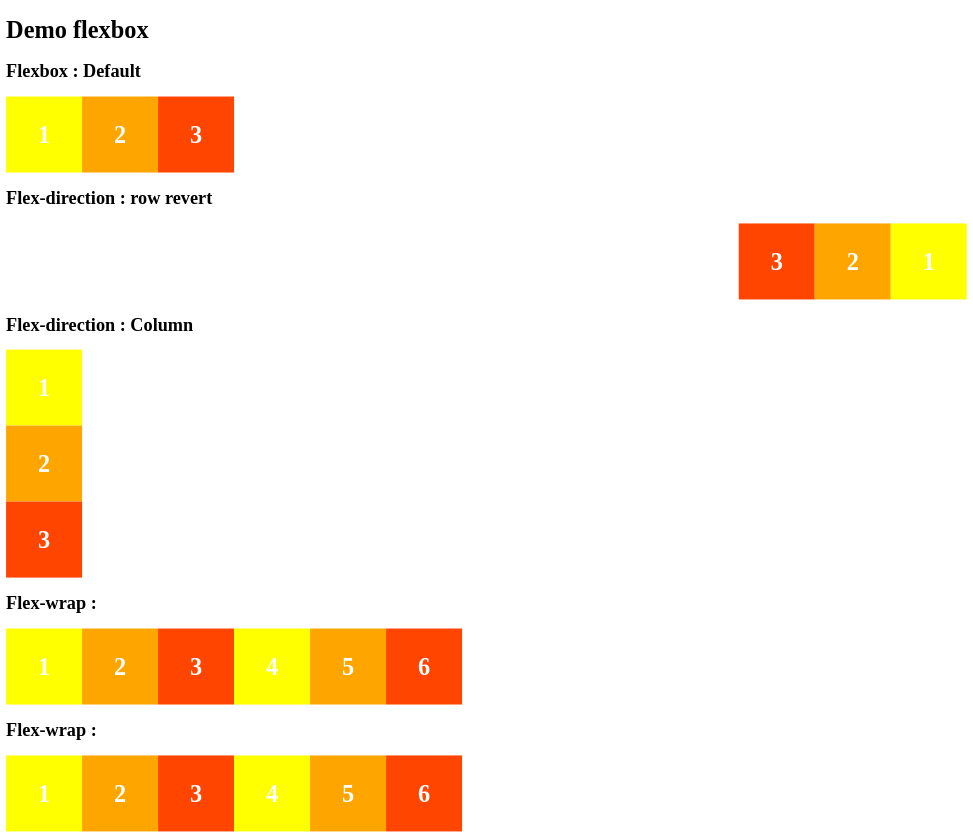
Repository: cvTuananh/Wed-famework
Page: Lab04/lab04/demo06.html
An editor plug-in stored every save of this project. The page is shown before and after the next save, followed by the edit.
The browser window is 1280 px wide. The pictures show the whole page, at 76% of full size.

Above is the page before, as saved 2021-09-28 20:43:09.

### Lab04/lab04/demo06.html
<!DOCTYPE html>
<html lang="en">
<head>
    <meta charset="UTF-8">
    <meta http-equiv="X-UA-Compatible" content="IE=edge">
    <meta name="viewport" content="width=device-width, initial-scale=1.0">
    <title>Demo flexbox</title>
    <link rel="stylesheet" href="./css/demo06.css">
    <style>
        .box-item-1{background-color: yellow;}
        .box-item-2{background-color: orange;}
        .box-item-3{background-color:orangered;}

        .box *{
            color: #fff;
            width: 100px;
            height: 100px;
            text-align: center;
            line-height: 100px;
            font-size: 2em;
            font-weight: bold;
        }

        .box1{display: flex;}
        .box2{
            display: flex;
            flex-direction: row-reverse;
        }
        .box3{
            display: flex;
            flex-direction: column;
        }
        .box4{
            display: flex;
            flex-wrap: wrap;
        }
    </style>
</head>
<body>
    <h1>Demo flexbox</h1>
    <h2>Flexbox : Default</h2>
    <div class="box box1">
        <div class="box-item-1">1</div>
        <div class="box-item-2">2</div>
        <div class="box-item-3">3</div>
    </div>


    <h2>Flex-direction : row revert</h2>
    <div class="box box2">
        <div class="box-item-1">1</div>
        <div class="box-item-2">2</div>
        <div class="box-item-3">3</div>
    </div>

    <h2>Flex-direction : Column</h2>
    <div class="box box3">
        <div class="box-item-1">1</div>
        <div class="box-item-2">2</div>
        <div class="box-item-3">3</div>
    </div>

    <h2>Flex-wrap : </h2>
    <div class="box box4">
        <div class="box-item-1">1</div>
        <div class="box-item-2">2</div>
        <div class="box-item-3">3</div>
        <div class="box-item-1">4</div>
        <div class="box-item-2">5</div>
        <div class="box-item-3">6</div>
    </div>

    <h2>Flex-wrap : </h2>
    <div class="box box4">
        <div class="box-item-1">1</div>
        <div class="box-item-2">2</div>
        <div class="box-item-3">3</div>
        <div class="box-item-1">4</div>
        <div class="box-item-2">5</div>
        <div class="box-item-3">6</div>
    </div>
</body>
</html>

Loaded but not shown: Lab04/lab04/css/demo06.css (no stored copy; drawn as an empty file)

After the next save:
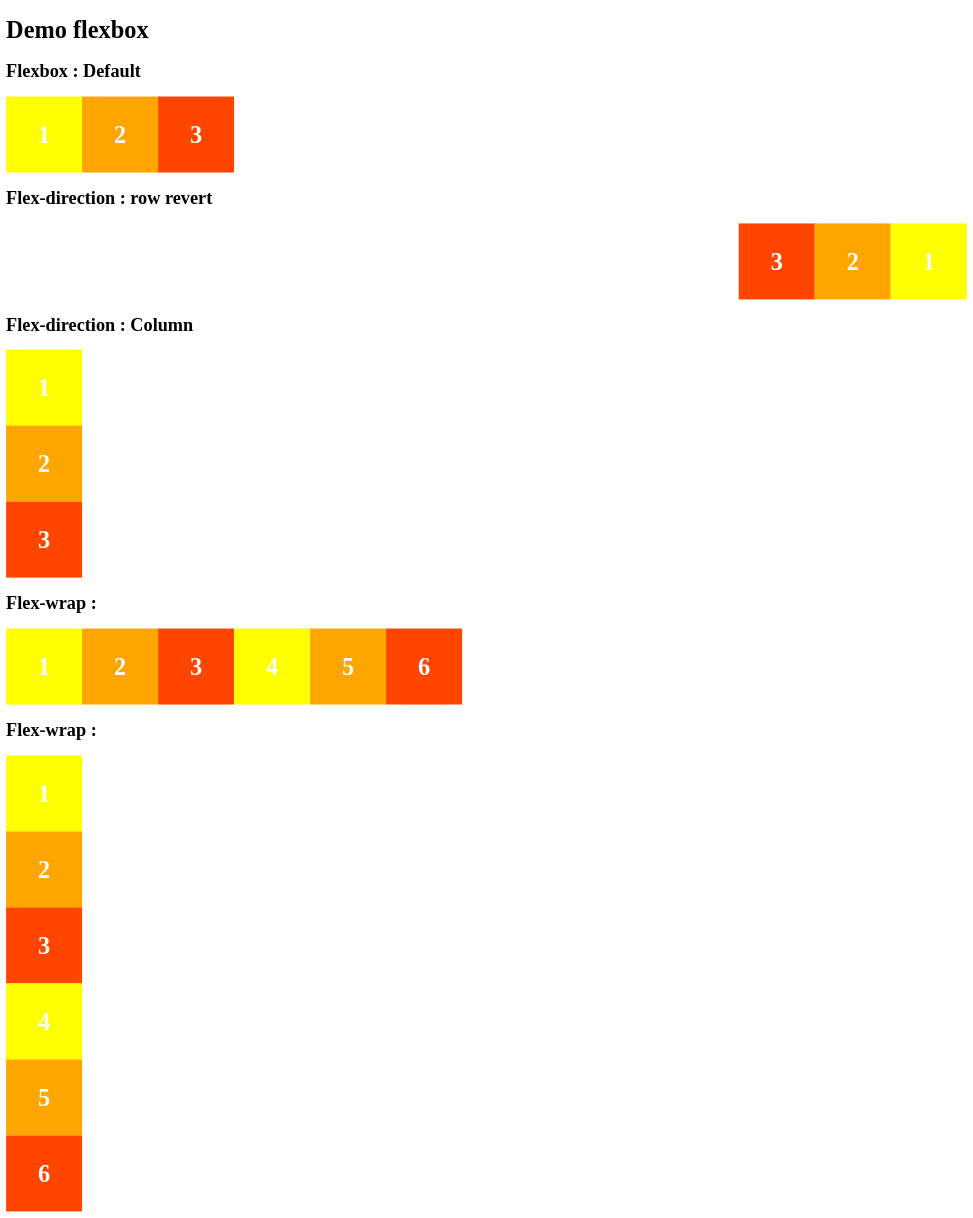
Saved 4 s later.
--- a/Lab04/lab04/demo06.html
+++ b/Lab04/lab04/demo06.html
@@ -71,7 +71,7 @@
     </div>
 
     <h2>Flex-wrap : </h2>
-    <div class="box box4">
+    <div class="box box5">
         <div class="box-item-1">1</div>
         <div class="box-item-2">2</div>
         <div class="box-item-3">3</div>

After the 3 saves that followed:
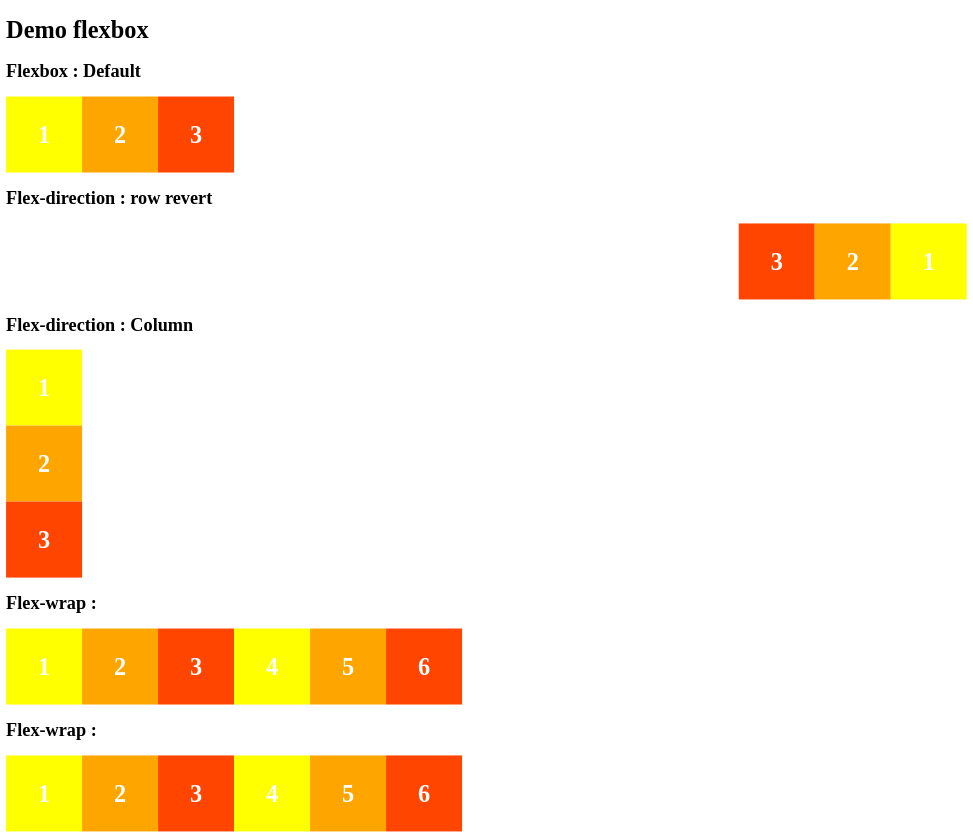
The 3 saves are shown as one change because 1 left the picture as it was and some came seconds apart.
The last was saved 19 s later.
--- a/Lab04/lab04/demo06.html
+++ b/Lab04/lab04/demo06.html
@@ -34,6 +34,11 @@
             display: flex;
             flex-wrap: wrap;
         }
+        .box5{
+            display: flex;
+            flex-wrap: wrap;
+        }
+
     </style>
 </head>
 <body>
